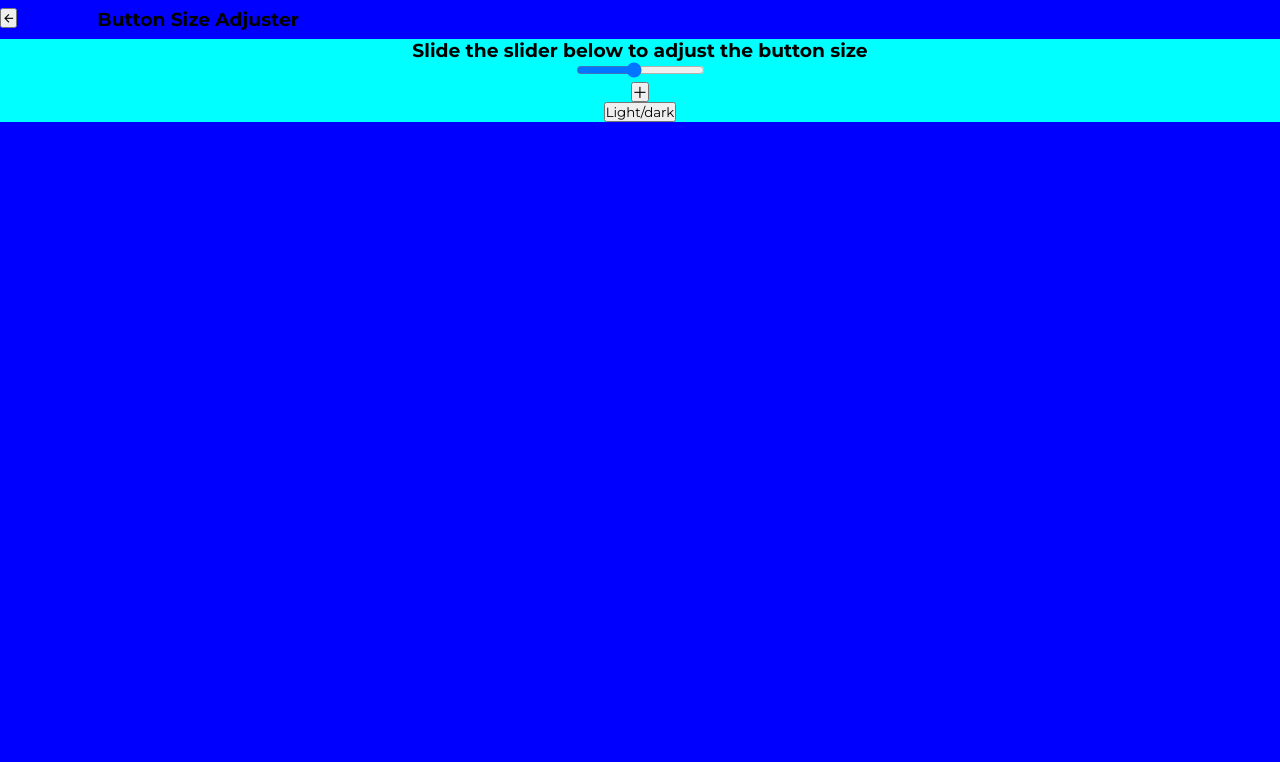
Repository: EguJaredoBoyd/Jared-Counter-App
Page: settings.html
The author's editor kept a copy of each file at every save. The page is drawn from the files as they stood at one save, then again after the next save.
The browser window is 1280 px wide. The pictures show the whole page.

Above is the page before, as saved 2025-12-03 21:40:15.
Console error: TypeError: Cannot set properties of null (setting 'textContent')

After the next save:
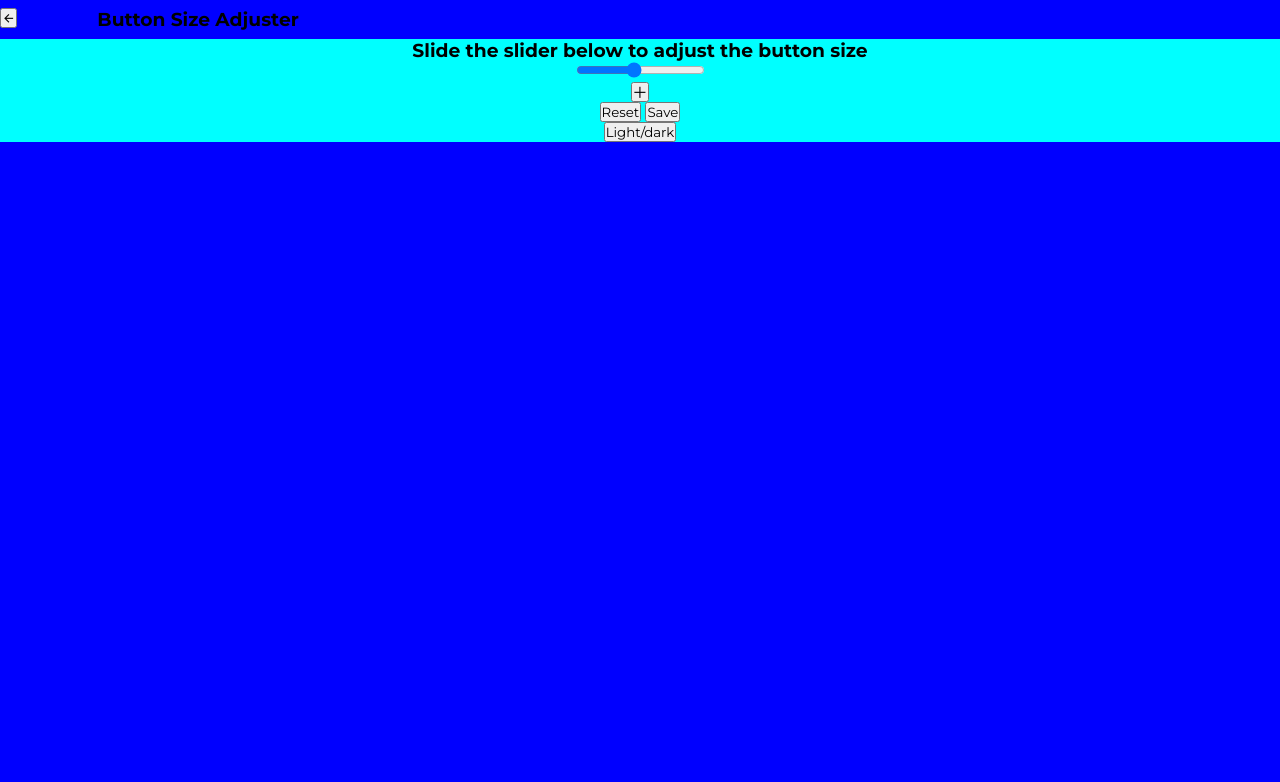
Saved 107 s later.
--- a/settings.html
+++ b/settings.html
@@ -35,6 +35,10 @@
                     <i class="ri-add-large-line"></i>
                 </button>
             </div>
+            <div>
+                <button>Reset</button>
+                <button>Save</button>
+            </div>
 
 
             <button id="display-mode">Light/dark</button>
